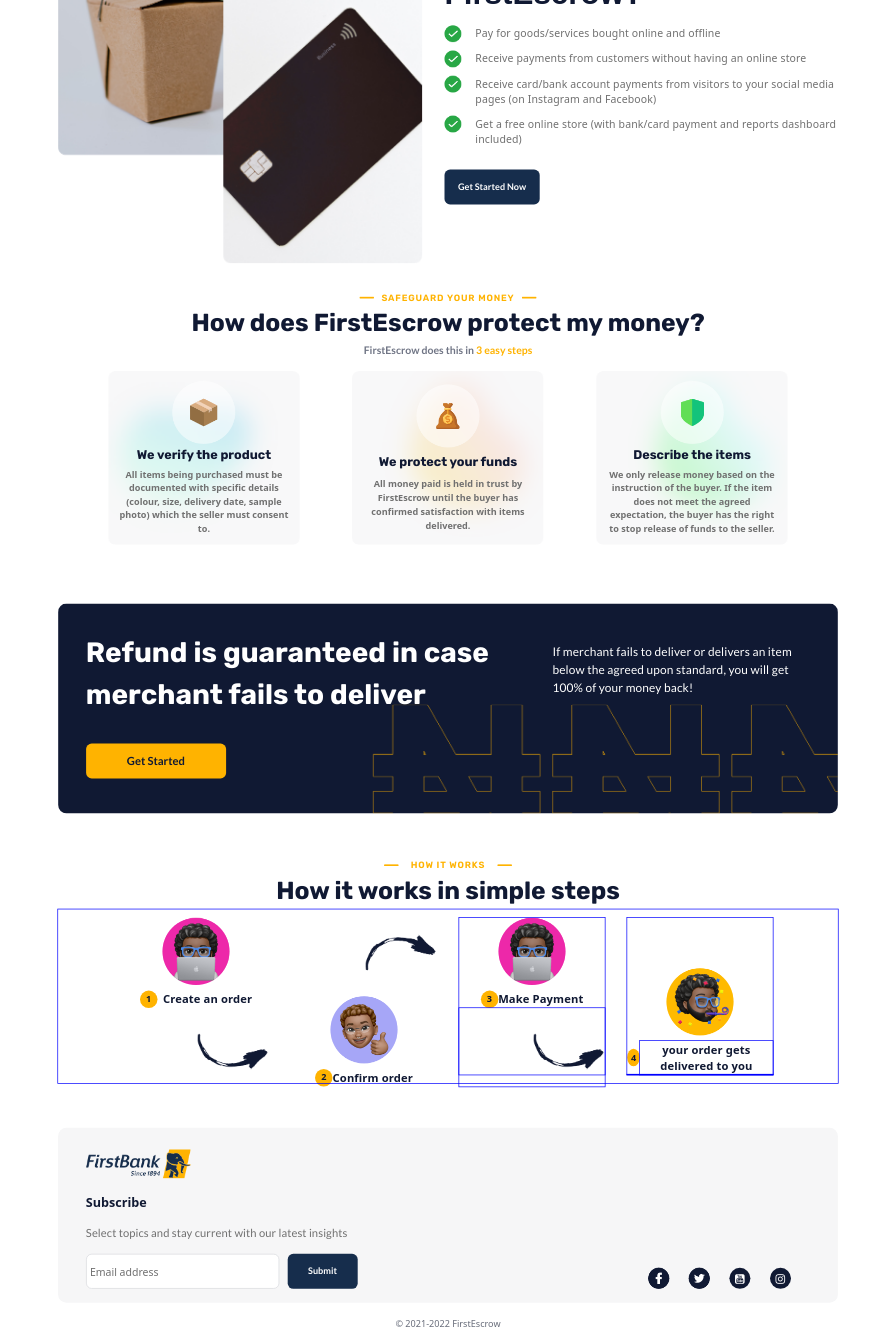
Repository: Pepperest-dev/First_Escrow_Home
Page: index.html
The author's editor kept a copy of each file at every save. The page is drawn from the files as they stood at one save, then again after the next save.
The browser window is 1280 px wide. The pictures show the part of the page from y = 1253 to 3173 px (the page is 3173 px tall), at 70% of full size.

Above is the page before, as saved 2021-09-27 12:55:04.

### index.html
<!DOCTYPE html>
<html lang="en">
  <head>
    <meta charset="UTF-8" />
    <meta http-equiv="X-UA-Compatible" content="IE=edge" />
    <meta name="viewport" content="width=device-width, initial-scale=1.0" />
    <link rel="stylesheet" href="Styles/styles.css" />
    <link rel="stylesheet" href="Styles/mobileScreenStyles.css" />
    <link
      href="https://unpkg.com/tailwindcss@^2/dist/tailwind.min.css"
      rel="stylesheet"
    />
    <link
      rel="stylesheet"
      href="https://cdnjs.cloudflare.com/ajax/libs/font-awesome/4.7.0/css/font-awesome.min.css"
    />
    <link rel="preconnect" href="https://fonts.googleapis.com" />
    <link rel="preconnect" href="https://fonts.gstatic.com" crossorigin />
    <link
      href="https://fonts.googleapis.com/css2?family=Lato:wght@100;300;400;700;800&family=Rubik:wght@400;500;600;700&display=swap"
      rel="stylesheet"
    />
    <title>First Escrow</title>
  </head>
  <body>
    <!-- Create a container wrapper to  -->
    <!-- create a container to keep everything contained in a certain width  ##done -->
    <!-- create the Navbar ##Done -->
    <!-- Do the font setup from google fonts  ##Done-->
    <!-- make the navbar responsive  Not done-->
    <!-- create the hero section ##almost -->
    <!-- work on the what can we do or you ssection -->
    <!-- Work on how does first escrow  works-->
    <!-- work on refund is guranteed  section  -->
    <!-- how it works in simple steps section -->
    <!-- work on the footer section -->
    <header class="banner mb-10 overflow-x-hidden overscroll-none">
      <nav
        class="
          h-24
          flex
          justify-between
          items-center
          md:w-11/12 md:p-0
          px-7
          mx-auto
          mb-6
        "
      >
        <a href="/">
          <img
            src="/assets/imgs/firstBank_logo.png"
            alt="First Bank Logo"
            class="BrandLogo cursor-pointer"
          />
        </a>

        <ul class="md:flex hidden w-2/12 h-full justify-between items-center">
          <li class="loginLink"><a href="#">Logo</a></li>
          <li>
            <button class="getStartedBtn hover:drop-shadow-xl">
              Get Started
            </button>
          </li>
        </ul>

        <div id="hambugger" class="hambugger cursor-pointer md:hidden">
          <i id="menuToggler" class="fa fa-2x fa-bars"></i>
        </div>
      </nav>

      <main class="md:w-11/12 mb-3 md:p-0 px-7 mx-auto">
        <article>
          <p
            class="
              text-center
              mx-auto
              flex
              justify-around
              items-center
              firstEscrow
            "
          >
            First Escrow
          </p>
          <h1 class="mainTitle text-center mx-auto">
            Buy & Sell With <span class="">Ease</span>
            <img
              src="/assets/icons/bigEaseElipses.png"
              alt="elipses"
              class="elipses"
            />
          </h1>
          <p class="contentDescription mx-auto">
            FirstEscrow helps you ensure that what you ordered and what was
            delivered are the same before the seller gets paid. And if the item
            is different, you get your
            <span class="greenMoneyText">money back</span> in record time!
          </p>
          <form
            class="
              my-5
              mx-auto
              flex
              justify-between
              items-center
              cursor-pointer
              bannerInputField
            "
          >
            <input
              type="text"
              class="h-full"
              placeholder="Enter your email address"
            />
            <button
              type="submit"
              class="getStartedBtn z-10 hover:drop-shadow-xl"
            >
              Get Started
            </button>
          </form>
        </article>
        <img
          src="/assets/imgs/dashboardMockup.png"
          class="dashboardImg cursor-pointer mx-auto"
          alt="dashboard mockup"
        />
      </main>
    </header>
    <div class="wrapper">
      <section
        class="
          mt-10
          w-11/12
          mx-auto
          overflow-x-hidden
          gap-x-8
          items-center
          flex
          justify-between
          flex-wrap-reverse
          md:flex-nowrap
        "
      >
        <div class="">
          <img
            class="object-contain"
            src="/assets/imgs/bagAndCard.png"
            alt="bag and card"
          />
        </div>
        <div class="">
          <p
            class="text-left flex justify-start items-center yellowFirstEscrow"
          >
            First Escrow
          </p>

          <h1 class="mainTitle">What can you do with FirstEscrow?</h1>

          <ul id="FirstEscrowCanDo"></ul>
          <button class="getStartedBtn hover:drop-shadow-xl my-5">
            Get Started Now
          </button>
        </div>
      </section>
    </div>
    <div class="wrapper">
      <section class="mt-10 mb-5 w-11/12 mx-auto overflow-x-hidden">
        <p
          class="
            text-center
            mx-auto
            flex
            justify-around
            items-center
            secondYellowFirstEscrow
          "
        >
          Safeguard Your Money
        </p>

        <h3 class="text-center protectTitle">
          How does FirstEscrow protect my money?
        </h3>
        <p class="contentDescription mx-auto">
          FirstEscrow does this in
          <span class="yellowText">3 easy steps</span>
        </p>

        <div
          id="threeBoxes"
          class="flex justify-evenly flex-wrap items-center my-5"
        ></div>
      </section>
    </div>

    <div class="wrapper">
      <section
        class="
          mt-16
          refundSection
          mb-5
          w-11/12
          mx-auto
          overflow-x-hidden
          p-10
          gap-x-8
        "
      >
        <div class="flex flex-col items center h-full justify-around titleSide">
          <h1 class="text-white refundSectionTitle">
            Refund is guaranteed in case merchant fails to deliver
          </h1>

          <button
            type="submit"
            class="yellowGetStartedBtn mt-10 hover:drop-shadow-xl"
          >
            Get Started
          </button>
        </div>
        <div class="h-full w-3/5">
          <p class="refundSectionTextContent mt-4 mr-5 md:mr-0">
            If merchant fails to deliver or delivers an item below the agreed
            upon standard, you will get 100% of your money back!
          </p>
        </div>
      </section>
    </div>

    <div class="wrapper">
      <section class="mt-16 mb-5 w-11/12 mx-auto">
        <p
          class="
            text-center
            mx-auto
            flex
            justify-around
            items-center
            howItWorksYellow
          "
        >
          How it works
        </p>

        <h3 class="text-center protectTitle">How it works in simple steps</h3>

        <main
          class="
            flex
            mx-auto
            justify-center
            items-center
            flex-wrap
            gap-x-8
            outline
          "
        >
          <div class="fourBoxes my-3 h-56 w-52">
            <div class="flex flex-col items-center mx-auto">
              <img
                class="w-24"
                src="/assets/imgs/pinkAvatar.png"
                alt="purple avatar"
              />
              <div class="flex mt-2">
                <span class="AvatarYellowNumber mr-2 md:mr-2">1</span>
                <p class="AvatarTitle">Create an order</p>
              </div>
            </div>
            <div class="flex justify-end items-center">
              <img
                src="/assets/icons/arrowBottom.png"
                alt="arrow bottom"
                class="h-28 hidden md:block w-28"
              />
              <img
                src="/assets/icons/arrowTop.png"
                alt="arrow bottom"
                class="h-24 block faceRightDown md:hidden w-24"
              />
            </div>
          </div>
          <div class="fourBoxes my-3 h-56 w-52">
            <div class="flex justify-start md:justify-end items-center">
              <img
                src="/assets/icons/arrowTop.png"
                alt="arrow bottom"
                class="h-28 hidden md:block w-28"
              />
              <img
                src="/assets/icons/arrowBottom.png"
                alt="arrow bottom"
                class="h-24 block faceLeftDown md:hidden w-24"
              />
            </div>
            <div class="flex flex-col items-center mx-auto">
              <img
                class="w-24"
                src="/assets/imgs/purpleAvatar.png"
                alt="purple avatar"
              />
              <div class="flex mt-2">
                <span class="AvatarYellowNumber mr-2 md:mr-0">2</span>
                <p class="AvatarTitle">Confirm order</p>
              </div>
            </div>
          </div>
          <div class="fourBoxes my-3 h-56 w-52 outline">
            <div class="flex flex-col items-center mx-auto">
              <img
                class="w-24"
                src="/assets/imgs/pinkAvatar.png"
                alt="purple avatar"
              />
              <div class="flex mt-2">
                <span class="AvatarYellowNumber mr-2 md:mr-0">3</span>
                <p class="AvatarTitle">Make Payment</p>
              </div>
            </div>
            <div class="flex justify-end outline items-center">
              <img
                src="/assets/icons/arrowBottom.png"
                alt="arrow bottom"
                class="h-28 hidden md:block w-28"
              />
              <img
                src="/assets/icons/arrowTop.png"
                alt="arrow bottom"
                class="h-24 block faceRightDown md:hidden w-24"
              />
            </div>
          </div>
          <div
            class="
              fourBoxes
              flex flex-col
              md:justify-end
              justify-start
              my-3
              h-56
              w-52
              outline
            "
          >
            <div class="flex flex-col items-center mx-auto">
              <img
                class="w-24"
                src="/assets/imgs/yellowAvatar.png"
                alt="purple avatar"
              />
              <div class="flex justify-start items-center mt-2">
                <span class="AvatarYellowNumber mr-2 md:mr-0">4</span>
                <p class="AvatarTitle outline">
                  your order gets delivered to you
                </p>
              </div>
            </div>
            <div class="flex justify-end outline items-center"></div>
          </div>
        </main>
      </section>
    </div>

    <footer class="wrapper">
      <section
        class="
          mt-16
          footerSection
          mb-5
          w-11/12
          mx-auto
          gap-x-8
          items-end
          flex
          justify-between
          flex-wrap
          md:flex-nowrap
          py-5
          px-5
          md:px-10
        "
      >
        <div
          class="
            w-full
            md:w-6/12
            flex flex-col
            justify-between
            items-start
            foooterBoxHeight
            h-full
          "
        >
          <a href="/">
            <img
              src="/assets/imgs/firstBank_logo.png"
              alt="First Bank Logo"
              class="BrandLogo cursor-pointer"
            />
          </a>

          <p class="footerTitle">Subscribe</p>
          <p class="footerTextContent">
            Select topics and stay current with our latest insights
          </p>

          <form
            action=""
            class="footerForm flex-wrap w-full md:min-w-8/12 md:w-9/12"
          >
            <input
              placeholder="Email address"
              class="flex flex-1 footerInput md:mr-3"
              type="text"
            />
            <button class="getStartedBtn hover:drop-shadow-xl mx-auto md:mx-0">
              Submit
            </button>
          </form>
        </div>
        <div class="w-4/6 mx-auto md:mx-0 md:w-3/12 h-full">
          <div class="flex h-full mt-3 md:mt-0 justify-evenly">
            <a href="#" class="footerSocialIcon">
              <img
                src="/assets/imgs/fb_logo.png"
                class="w-8"
                alt="facebook logo"
              />
            </a>
            <a href="#" class="footerSocialIcon">
              <img
                src="/assets/imgs/twt_logo.png"
                class="w-8"
                alt="facebook logo"
              />
            </a>
            <a href="#" class="footerSocialIcon">
              <i class="fa text-white fa-youtube-square"></i>
            </a>
            <a href="#" class="footerSocialIcon">
              <i class="fa text-white fa-instagram"></i>
            </a>
          </div>
        </div>
      </section>
    </footer>

    <footer class="wrapper mb-5">
      <p class="text-center footerDate">© 2021-2022 FirstEscrow</p>
    </footer>
    <script src="Js/app.js"></script>
  </body>
</html>

### Styles/styles.css
* {
  margin: 0;
  padding: 0;
  border: 0;
  font-size: 16px;
  text-decoration: none;
  font: inherit;
  box-sizing: border-box;
}

/* Colors varable declaration */
:root {
  --whiteBgColor: #ffffff;
  --BtnBgColor: #162d4c;
  --lightBlueColor: #0093c9;
  --yellowPrimaryColor: #ffb300;
  --boxesTextColor: #707070;
  --darkBlueTextColor: #101933;
  --bannerTextColor: #707585;
  --lightGreenColor: #28a745;
  --inputFieldBorderColor: #d8dade;
  --footerBackgroundColor: #f6f6f7;
  --footerTextColor: #040c22;
  --latoFontFamily: "Lato", sans-serif;
  --rubikFontFamily: "Rubik", sans-serif;
  --arialFontFamily: "Arial", sans-serif;
}
.wrapper {
  margin-right: auto;
  margin-left: auto;
  max-width: 1440px;
  padding-right: 2rem;
  padding-left: 2rem;
  width: 100%;
  background-color: var(--whiteBgColor);
}

.banner {
  background-image: url(../assets/imgs/overlayBackground.png);
  background-position: center;
  background-repeat: no-repeat;
  background-size: cover;
  object-fit: cover;
}
.dashboardImg {
  width: 100%;
  height: auto;
  overflow-x: hidden;
}

.contentContainer {
}

.BrandLogo {
  width: 150px;
  object-fit: contain;
  height: 45px;
}

.outline {
  outline: 1px solid blue;
}

.loginLink {
  font: normal normal 600 16px/19px Lato;
  letter-spacing: 0.32px;
  font-family: var(--latoFontFamily);
  font-style: normal;
  font-weight: 600;
  color: var(--darkBlueTextColor);
}

.loginLink:hover {
  opacity: 0.8;
  transition: all ease-in-out 350ms;
}

.getStartedBtn {
  border-radius: 8px;
  background-color: var(--BtnBgColor);
  min-width: 100px;
  padding: 0 1.2rem;
  height: 50px;
  color: var(--whiteBgColor);
  font-family: var(--latoFontFamily);
  text-align: center;
  font-size: 13px;
  font-weight: 800;
}

.getStartedBtn:hover {
  opacity: 0.8;
  transition: all ease-in-out 350ms;
}

.yellowGetStartedBtn {
  border-radius: 8px;
  background-color: var(--yellowPrimaryColor);
  min-width: 100px;
  width: 200px;
  padding: 0 1.2rem;
  height: 50px;
  color: var(--darkBlueTextColor);
  font-family: var(--latoFontFamily);
  text-align: center;
  font-size: 16px;
  font-weight: 700;
}

.yellowGetStartedBtn:hover {
  opacity: 0.8;
  transition: all ease-in-out 350ms;
}

.yellowFirstEscrow {
  letter-spacing: 1.2px;
  color: var(--yellowPrimaryColor);
  text-transform: uppercase;
  font-family: var(--rubikFontFamily);
  font-size: 13px;
  font-weight: 600;
  width: 150px;
}

.yellowFirstEscrow::before {
  content: "";
  display: flex;
  width: 20px;
  border: 1px solid var(--yellowPrimaryColor);
  background-color: var(--yellowPrimaryColor);
  margin-right: 10px;
}

.howItWorksYellow {
  letter-spacing: 1.2px;
  color: var(--yellowPrimaryColor);
  text-transform: uppercase;
  font-family: var(--rubikFontFamily);
  font-size: 13px;
  font-weight: 600;
  width: 200px;
}

.howItWorksYellow::before {
  content: "";
  display: flex;
  width: 20px;
  border: 1px solid var(--yellowPrimaryColor);
  background-color: var(--yellowPrimaryColor);
}
.howItWorksYellow::after {
  content: "";
  display: flex;
  width: 20px;
  border: 1px solid var(--yellowPrimaryColor);
  background-color: var(--yellowPrimaryColor);
}
.secondYellowFirstEscrow {
  letter-spacing: 1.2px;
  color: var(--yellowPrimaryColor);
  text-transform: uppercase;
  font-family: var(--rubikFontFamily);
  font-size: 13px;
  font-weight: 600;
  width: 263px;
}

.secondYellowFirstEscrow::before {
  content: "";
  display: flex;
  width: 20px;
  border: 1px solid var(--yellowPrimaryColor);
  background-color: var(--yellowPrimaryColor);
}
.secondYellowFirstEscrow::after {
  content: "";
  display: flex;
  width: 20px;
  border: 1px solid var(--yellowPrimaryColor);
  background-color: var(--yellowPrimaryColor);
}

.firstEscrow {
  letter-spacing: 1.2px;
  color: var(--BtnBgColor);
  text-transform: uppercase;
  font-family: var(--rubikFontFamily);
  font-size: 13px;
  font-weight: 600;
  width: 180px;
}

.firstEscrow::before {
  content: "";
  display: flex;
  width: 20px;
  border: 1px solid var(--lightBlueColor);
  background-color: var(--lightBlueColor);
}
.firstEscrow::after {
  content: "";
  display: flex;
  width: 20px;
  background-color: var(--lightBlueColor);
  border: 1px solid var(--lightBlueColor);
}
.mainTitle {
  color: var(--darkBlueTextColor);
  font-family: var(--arialFontFamily);
  font-weight: 700;
  font-size: 2.8rem;
  max-width: 600px;
  position: relative;
}

.elipses {
  position: absolute;
  width: 150px;
  top: -11px;
  right: 10%;
}

.contentDescription {
  color: var(--bannerTextColor);
  font-family: var(--latoFontFamily);
  font-weight: 600;
  font-size: 15px;
  text-align: center;
  max-width: 650px;
}

.greenMoneyText {
  color: var(--lightGreenColor);
}

.bannerInputField {
  width: 390px;
  height: 60px;
  border: 1px solid var(--inputFieldBorderColor);
  border-radius: 12px;
  background: var(--whiteBgColor);
  padding: 8px 6px 8px 8px;
}

.bannerInputField input[type="text"] {
  border: none;
  font-family: var(--latoFontFamily);
  font-size: 16px;
  color: var(--bannerTextColor);
  flex: 0.9;
  font-weight: 600;
  outline: none;
}

.bannerInputField input[type="text"]::placeholder {
  font-family: var(--latoFontFamily);
  font-size: 14px;
  font-weight: 600;
  color: var(--bannerTextColor);
}

#FirstEscrowCanDo li {
  color: var(--boxesTextColor);
  letter-spacing: 0.18px;
  text-align: left;
  font-weight: normal;
  font-size: 15px;
}

.protectTitle {
  color: var(--darkBlueTextColor);
  letter-spacing: 0;
  font-family: var(--rubikFontFamily);
  font-weight: bold;
  font-size: 2.2rem;
}
.yellowText {
  color: var(--yellowPrimaryColor);
}
.box {
  width: 280px;
  height: 248px;
  border-radius: 12px;
  background-repeat: no-repeat;
  background-position: center;
  background-size: contain;
  display: flex;
  flex-direction: column;
  align-items: center;
  justify-content: space-evenly;
  padding: 10px;
}

.boxImage {
  width: 90px;
  background-color: transparent;
}

.boxTitle {
  color: var(--darkBlueTextColor);
  letter-spacing: 0;
  font-family: var(--rubikFontFamily);
  text-align: center;
  font-size: 18px;
  font-weight: 700;
}

.boxTextContent {
  text-align: center;
  color: var(--boxesTextColor);
  font-size: 13px;
  font-weight: 600;
  width: 95%;
}

.refundSection {
  background-color: var(--darkBlueTextColor);
  border-radius: 12px;
  background-image: url(/assets/imgs/NairaOverlayBg.png);
  background-repeat: no-repeat;
  background-size: contain;
  background-position: bottom;
  object-fit: cover;
  display: flex;
  justify-content: space-between;
  align-items: start;
  min-height: 300px;
}

.refundSectionTextContent {
  text-align: left;
  font: normal normal medium 24px/40px Lato;
  font-size: 17px;
  font-weight: mdium;
  font-family: var(--latoFontFamily);
  letter-spacing: 0.19px;
  color: #ffffff;
}

.refundSectionTitle {
  color: var(--whiteBgColor);
  font-size: 2.5rem;
  font-weight: bold;
  font-family: var(--rubikFontFamily);
}
.titleSide {
}

.footerSection {
  background-color: var(--footerBackgroundColor);
  border-radius: 12px;
  object-fit: cover;
  min-height: 250px;
  max-height: 100%;
}

.footerSocialIcon {
  height: 30px;
  width: 30px;
  background-color: var(--darkBlueTextColor);
  border-radius: 50%;
  display: grid;
  place-items: center;
  transition: transform 200ms ease-in-out;
}

.footerSocialIcon:hover {
  transform: scale(0.8);
}

.footerDate {
  color: var(--footerTextColor);
  height: 19px;
  font-family: (--rubikFontFamily);
  font-size: 13px;
  font-weight: normal;
  opacity: 0.6;
}

.foooterBoxHeight {
  /* height: 100px !important; */
  min-height: 200px;
}
.border {
  border: 2px solid red;
}

.footerTitle {
  color: var(--darkBlueTextColor);
  font-size: 18px;
  font-weight: bold;
}

.footerTextContent {
  color: var(--boxesTextColor);
  letter-spacing: 0.14px;
  font-weight: medium;
  font-family: var(--latoFontFamily);
}

.footerForm {
  display: flex;
  justify-content: space-between;
  align-items: center;
}

.footerInput {
  height: 50px;
  padding: 0.3rem;
  border-radius: 8px;
  border: 1px solid var(--inputFieldBorderColor);
  color: var(--boxesTextColor);
  font-weight: medium;
  font-size: 15px;
  outline: none;
}

.footerInput::placeholder {
  color: var(--boxesTextColor);
  font-weight: normal;
  font-size: 15px;
}

.AvatarYellowNumber {
  background-color: var(--yellowPrimaryColor);
  color: var(--darkBlueTextColor);
  font-weight: bold;
  height: 25px;
  width: 25px;
  border-radius: 50%;
  display: grid;
  place-items: center;
  font-size: 13px;
}

.AvatarTitle {
  color: var(--darkBlueTextColor);
  font-weight: bold;
  font-size: 16px;
  text-align: center;
  letter-spacing: 0.17px;
}

### Styles/mobileScreenStyles.css
@media screen and (max-width: 600px) {
  .banner {
    background-size: contain;
  }
  .dashboardImg {
    width: 500px;
    height: auto;
  }

  .BrandLogo {
    width: 100px;
  }

  .toggle {
    transition: opacity ease-in-out;
  }

  .elipses {
    position: absolute;
    width: 150px;
    top: 40%;
    right: 9%;
  }

  .wrapper {
    margin-right: auto;
    margin-left: auto;
    padding-right: 1rem;
    padding-left: 1rem;
    width: 100%;
  }

  .faceRightDown {
    transform: rotate(99deg);
  }
  .faceLeftDown {
    transform: rotate(99deg);
  }
}

Loaded but not shown: Js/app.js (94 lines, source omitted)

After the next save:
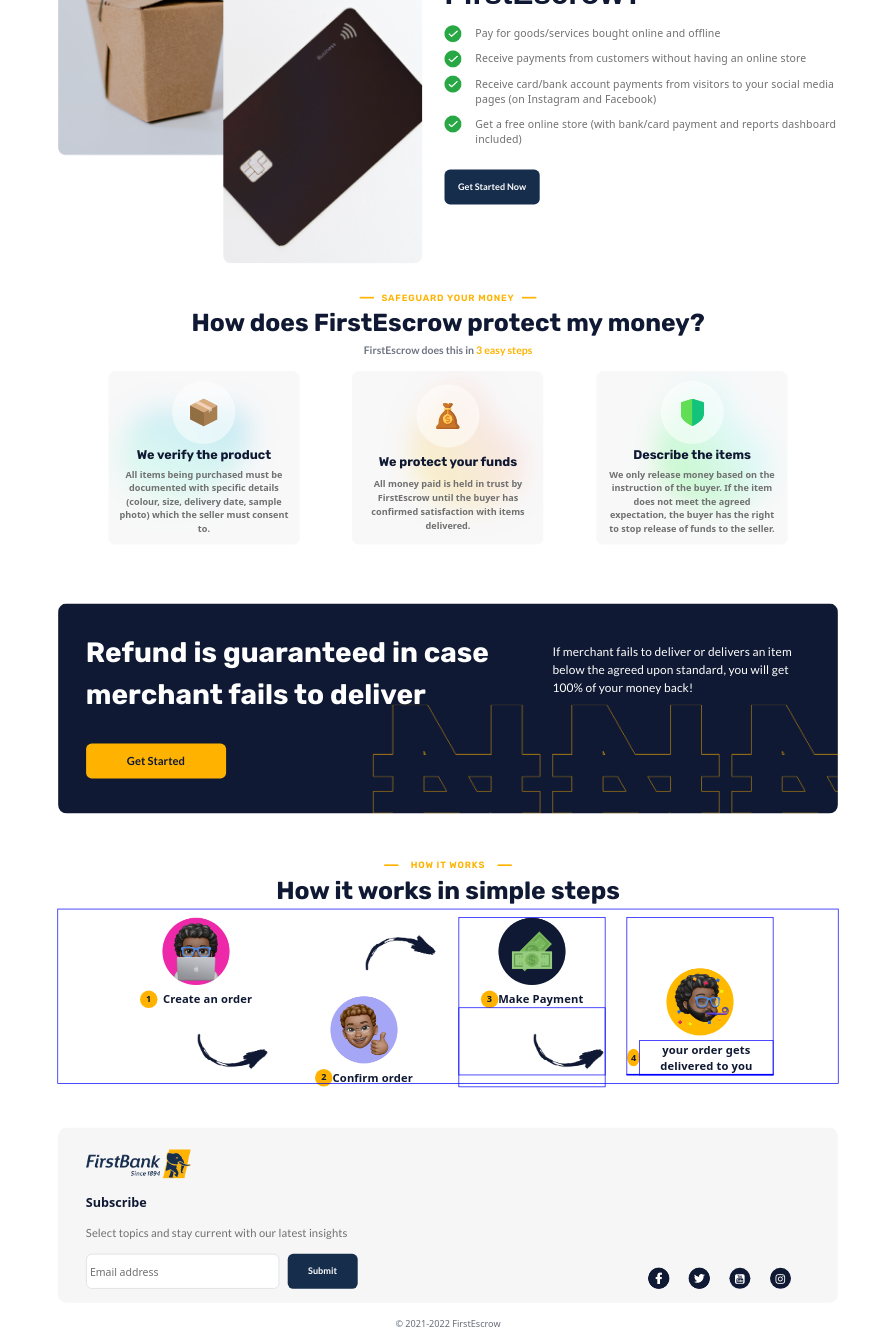
Saved 27 s later.
--- a/index.html
+++ b/index.html
@@ -312,7 +312,7 @@
             <div class="flex flex-col items-center mx-auto">
               <img
                 class="w-24"
-                src="/assets/imgs/pinkAvatar.png"
+                src="/assets/imgs/dollarCurrency.png"
                 alt="purple avatar"
               />
               <div class="flex mt-2">
